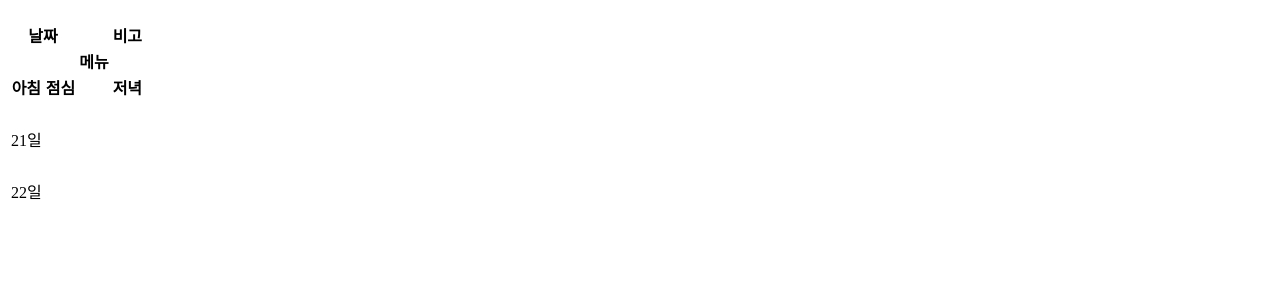
Repository: angelSuho/KCC_Learning_Repo
Page: Html/WebContent/mission2.html
These files come from the project's save history. The page is drawn as it stood at one moment and after the next save; the edit follows.
The browser window is 1280 px wide. The pictures show the whole page.

Above is the page before, as saved 2024-07-08 05:34:53.

After the next save:
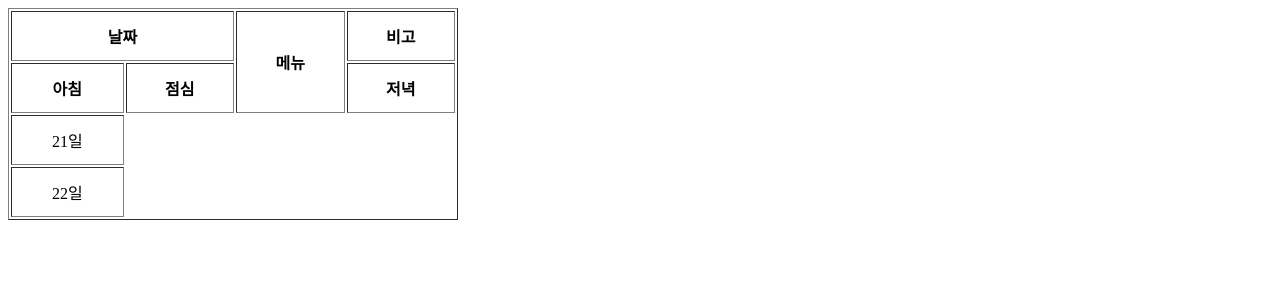
Saved 21 s later.
--- a/Html/WebContent/mission2.html
+++ b/Html/WebContent/mission2.html
@@ -5,7 +5,7 @@
 <title>Insert title here</title>
 </head>
 <body>
-	<table>
+	<table width="450" border="1">
 		<thead>
 			<tr height="50" align="center">
 				<th colspan="2">날짜</th>
